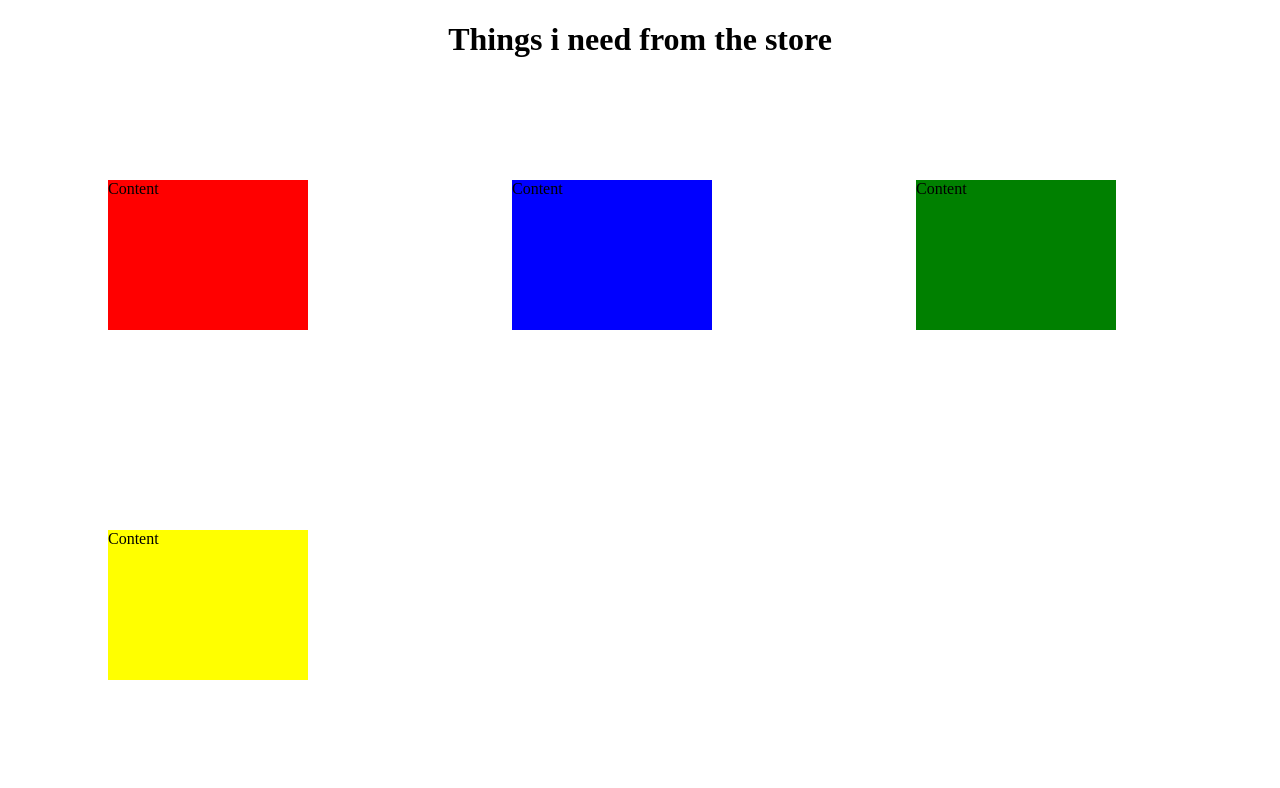
Repository: TheTroyPhillips/Block14
Page: Coursework/Block06/index.html
The author's editor kept a copy of each file at every save. The page is drawn from the files as they stood at one save, then again after the next save.
The browser window is 1280 px wide. The pictures show the whole page.

Above is the page before, as saved 2023-08-29 17:21:57.

After the next save:
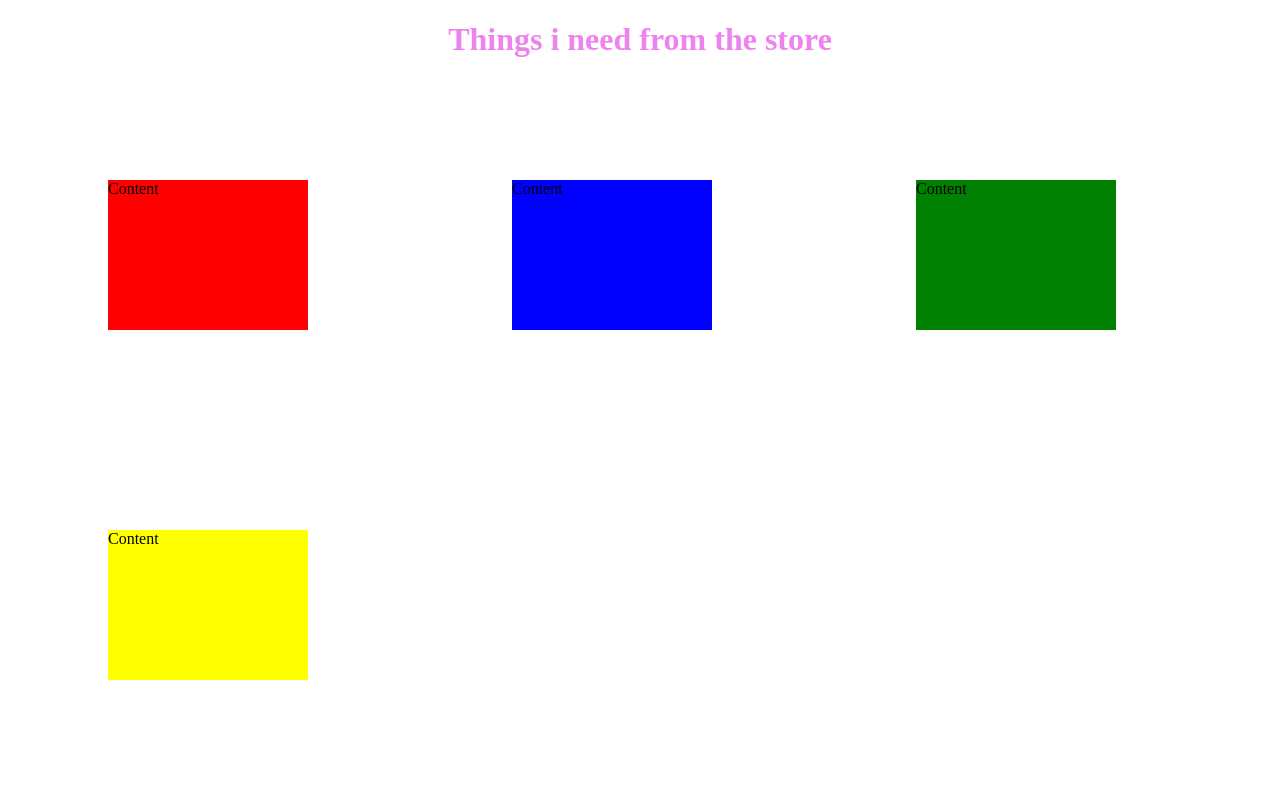
Saved 4 s later.
--- a/Coursework/Block06/styles.css
+++ b/Coursework/Block06/styles.css
@@ -1,5 +1,5 @@
 h1 {
-    color: ;
+    color: violet;
     text-align: center;
 }
 .Box{
